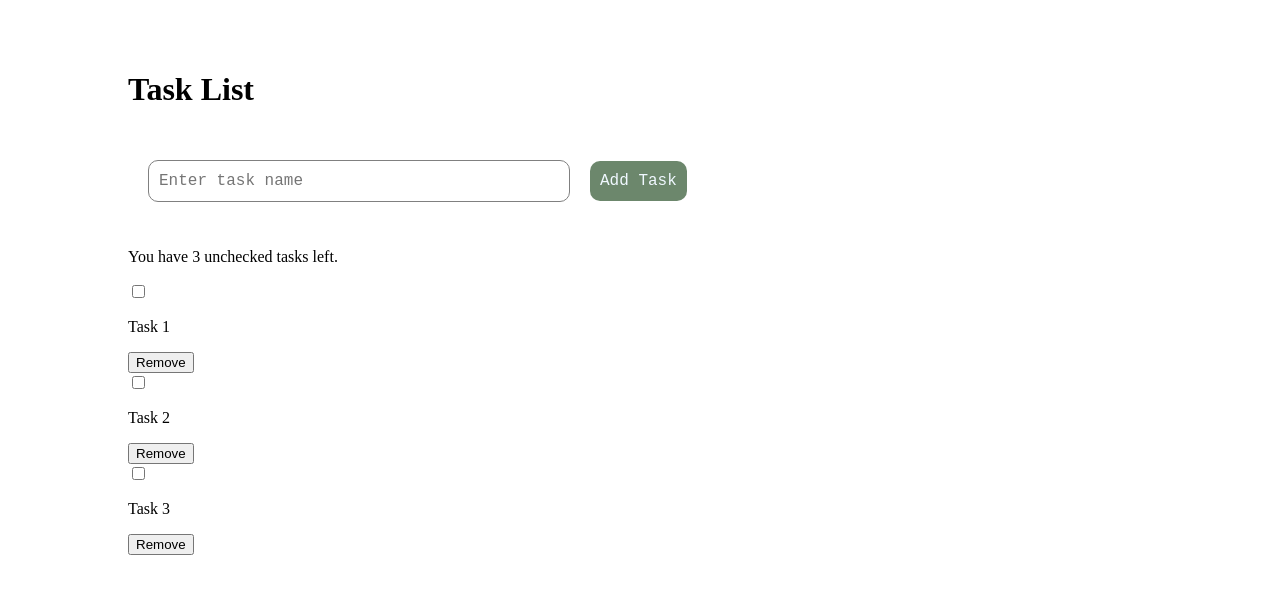
Repository: SandyLy453/task-list
Page: /
The author's editor kept a copy of each file at every save. The page is drawn from the files as they stood at one save, then again after the next save.
The browser window is 1280 px wide. The pictures show the whole page.
The pointer rests on the first visible `.sm-btn`.
The project was rebuilt for these pictures with package versions that can differ from the ones it lists, and the page was loaded fresh each time. Also part of the build but not shown: vite.config.js.

Above is the page before, as saved 2024-10-11 15:22:04.

### src/App.jsx
import { useState } from 'react';
import Task from './components/Task';
import TaskForm from './components/TaskForm';

function App() {
  const [tasks, setTasks] = useState([
    { name: 'Task 1', checked: false },
    { name: 'Task 2', checked: false },
    { name: 'Task 3', checked: false }
  ]);

  // Function to calculate the number of unchecked tasks
  const getUncheckedCount = () => {
    return tasks.filter((task) => !task.checked).length;
  };

  // Function to add a new task
  const addTask = (taskName) => {
    setTasks([...tasks, { name: taskName, checked: false }]); // New tasks are unchecked by default
  };

  // Function to remove a task
  const removeTask = (taskName) => {
    setTasks(tasks.filter((task) => task.name !== taskName));
  };

  // Function to toggle the task status
  const toggleTaskStatus = (taskName) => {
    const updatedTasks = tasks.map((task) =>
      task.name === taskName ? { ...task, checked: !task.checked } : task
    );
    setTasks(updatedTasks); // Update the task's checked status in the parent state
  };

  return (
    <>
      <div className="container">
        <h1>Task List</h1>
        <TaskForm addTask={addTask} />
        <p>You have {getUncheckedCount()} unchecked tasks left.</p>
        <div>
          {tasks.map((task, index) => (
            <Task
              key={index}
              name={task.name}
              checked={task.checked}
              toggleTaskStatus={toggleTaskStatus}
              removeTask={removeTask}
            />
          ))}
        </div>
      </div>
    </>
  );
}

export default App;

### src/index.css
.container {
  padding: 20px;
  margin: 30px 100px;
}

.inputBox {
  padding: 10px 0 10px 0;
}

.input {
  height: 20px;
  width: 400px;
  padding: 10px;
  font-size: 16px;
  font-family: monospace;
  margin: 20px;
  border-radius: 10px;
  border: 1px solid gray;
}

.sm-btn{
  height: 40px;
  padding: 10px;
  font-size: 16px;
  font-family: monospace;
  background-color: rgb(108, 135, 108);
  color: aliceblue;
  border: none;
  border-radius: 10px;
}

### src/components/Task.jsx
import { useRef, useEffect } from "react";

export default function Task({ name, checked, removeTask, toggleTaskStatus }) {
  const checkboxRef = useRef(null);
  const taskNameRef = useRef(null);

  useEffect(() => {
    const checkbox = checkboxRef.current;
    const crossText = taskNameRef.current;

    // Handle the initial checked state
    if (checked) {
      checkbox.checked = true;
      crossText.style.textDecoration = "line-through";
    } else {
      checkbox.checked = false;
      crossText.style.textDecoration = "none";
    }

    const handleCheckBoxChange = () => {
      toggleTaskStatus(name);
    };

    checkbox.addEventListener("change", handleCheckBoxChange);

    return () => {
      checkbox.removeEventListener("change", handleCheckBoxChange);
    };
  }, [name, checked, toggleTaskStatus]);

  return (
    <>
      <div className="task">
        <label>
          <input type="checkbox" ref={checkboxRef} />
        </label>
        <p ref={taskNameRef}>{name}</p>
        <button className="task-delete" onClick={() => removeTask(name)}>
          Remove
        </button>
      </div>
    </>
  );
}

### src/components/TaskForm.jsx
import { useState } from "react";

export default function TaskForm({ addTask }) {
  const [inputValue, setInputValue] = useState("");

  const handleSubmit = (e) => {
    e.preventDefault();
    if (inputValue.trim() !== "") {
      addTask(inputValue);
      setInputValue(""); // clear the input
    }
  };

  return (
    <form onSubmit={handleSubmit} className="inputBox">
      <input
        type="text"
        value={inputValue}
        onChange={(e) => setInputValue(e.target.value)}
        placeholder="Enter task name"
        className="input"
      />
      <button type="submit" className="sm-btn">Add Task</button>
    </form>
  );
}

Loaded but not shown: index.html (common file); src/main.jsx (common file)

After the next save:
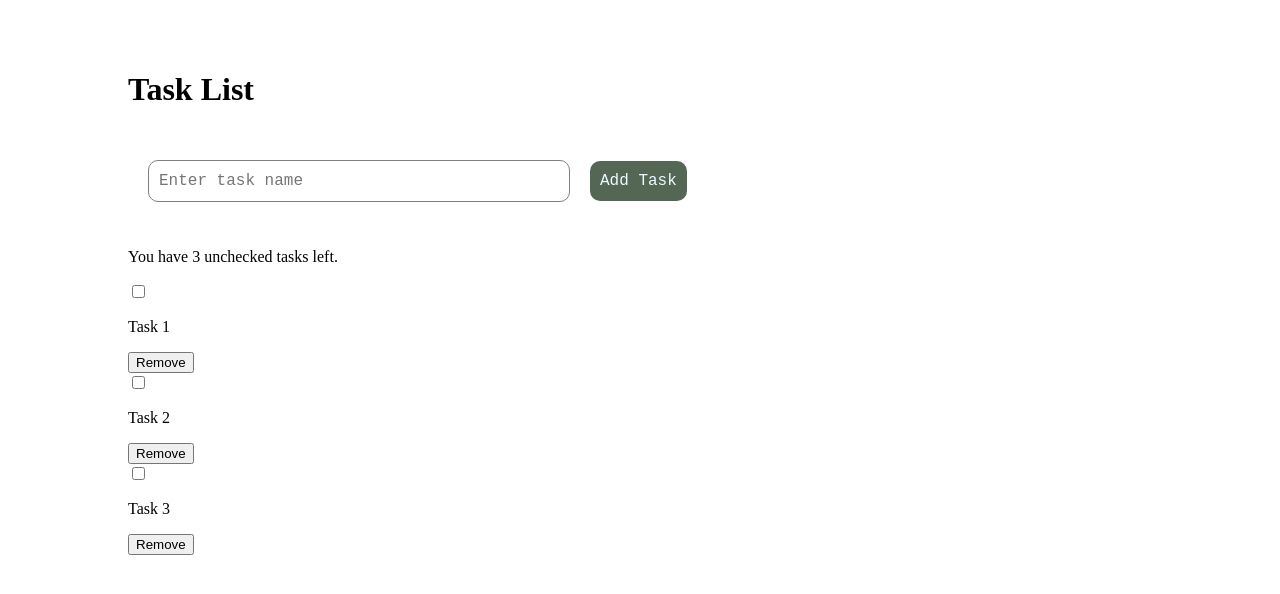
Saved 35 s later.
--- a/src/index.css
+++ b/src/index.css
@@ -28,3 +28,7 @@
   border: none;
   border-radius: 10px;
 }
+
+.sm-btn:hover {
+  background-color: rgb(84, 103, 84);
+}
